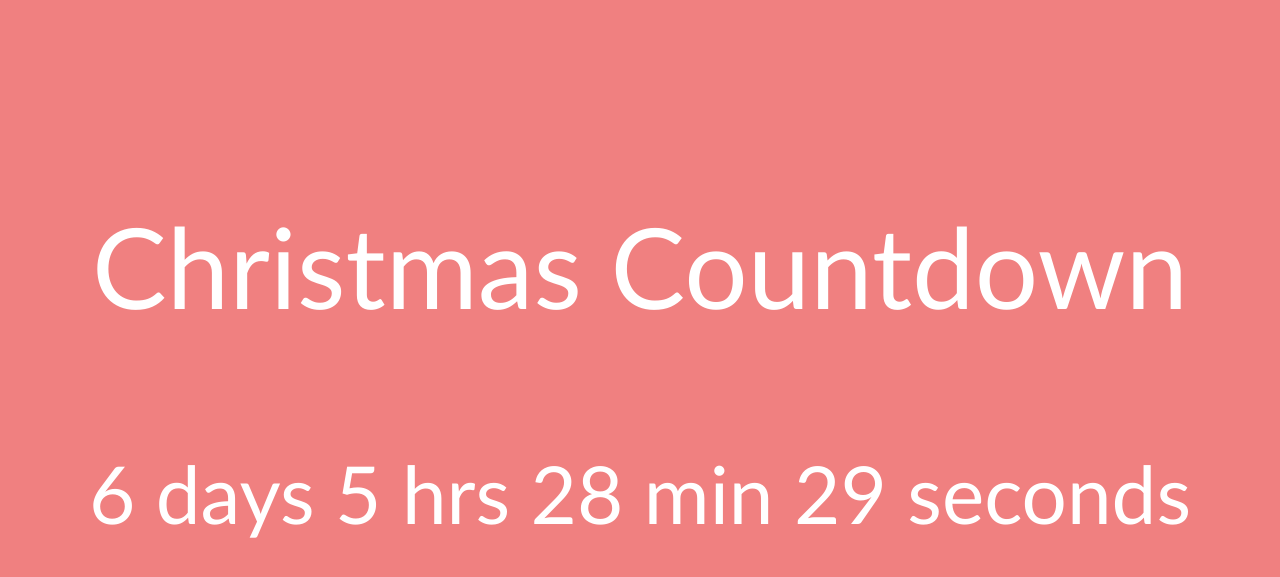
Repository: notMaximilian/countdown-timer
Page: index.html
The author's editor kept a copy of each file at every save. The page is drawn from the files as they stood at one save, then again after the next save.
The browser window is 1280 px wide. The pictures show the whole page.

Above is the page before, as saved 2021-12-18 19:00:02.

### index.html
<html lang="en">
    <head>
        <meta charset="utf-8"/>
        <title>Christmas Countdown</title>
        <link rel="stylesheet" href="styles.css"/>
    </head>
    <body>
        <p id="main-text">Christmas Countdown</h1>
        <p id="time-left"></h1>
        <script src="app.js"></script>
    </body>
</html>

### styles.css
body{
    background-color: lightcoral;
    text-align: center;
    color:#ffffff;

    font-family: 'Trebuchet MS', 'Lucida Sans Unicode', 'Lucida Grande', 'Lucida Sans', Arial, sans-serif;
}

#main-text{
    font-size: 700%;
    padding-top: 15%;
}

#time-left{
    font-size:  500%;
}

### app.js
const timeLeft = document.getElementById('time-left')
let timerId;
//Units of time
const second = 1000
const minute = second * 60
const hour = minute * 60
const day = hour * 24

const christmas = new Date('12/25/2021')

function countdown(){
    const today = new Date();
    const timeSpan = christmas - today;

    if(timeSpan <= -day){
        timeLeft.innerHTML("I hope you had a Merry Christmas!!!")
        clearInterval(timerId)
        return
    }

    if (timeSpan <= 0){
        timeLeft.innerHTML("Merry Christmas!!!")
        clearInterval(timerId)
        return
    }

    const days = Math.floor(timeSpan / day)
    const hours = Math.floor((timeSpan % day) / hour)
    const minutes = Math.floor((timeSpan % hour) / minute)
    const seconds = Math.floor((timeSpan % minute) / second)

    timeLeft.innerHTML = days + " days " + hours + " hrs " + minutes + " min " + seconds + " seconds"

}

timerId = setInterval(countdown, second)

After the next save:
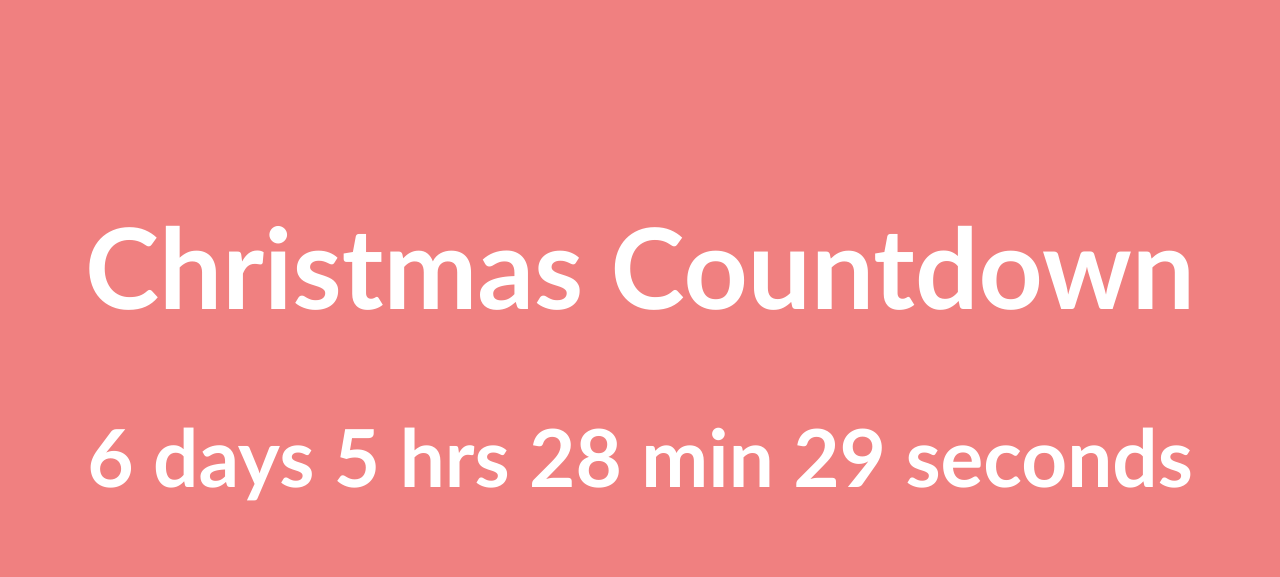
Saved 10 s later.
--- a/index.html
+++ b/index.html
@@ -5,8 +5,8 @@
         <link rel="stylesheet" href="styles.css"/>
     </head>
     <body>
-        <p id="main-text">Christmas Countdown</h1>
-        <p id="time-left"></h1>
+        <h1 id="main-text">Christmas Countdown</h1>
+        <h1 id="time-left"></h1>
         <script src="app.js"></script>
     </body>
 </html>
